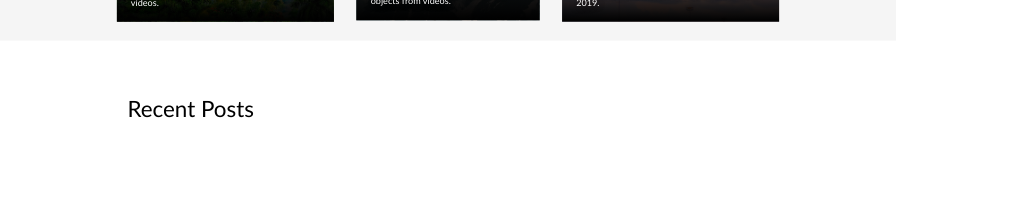
Repository: giacatdat2k5/html3
Page: html3.vs/7.1.html
The author's editor kept a copy of each file at every save. The page is drawn from the files as they stood at one save, then again after the next save.
The browser window is 1280 px wide. The page is 1462 px wide, so the pictures cover 1462 px, including what lies to the right of the window. The pictures show the part of the page from y = 420 to 2100 px (the page is 720 px tall before and 2670 px after), at 70% of full size.

Above is the page before, as saved 2023-09-27 14:52:22.

After the next save:
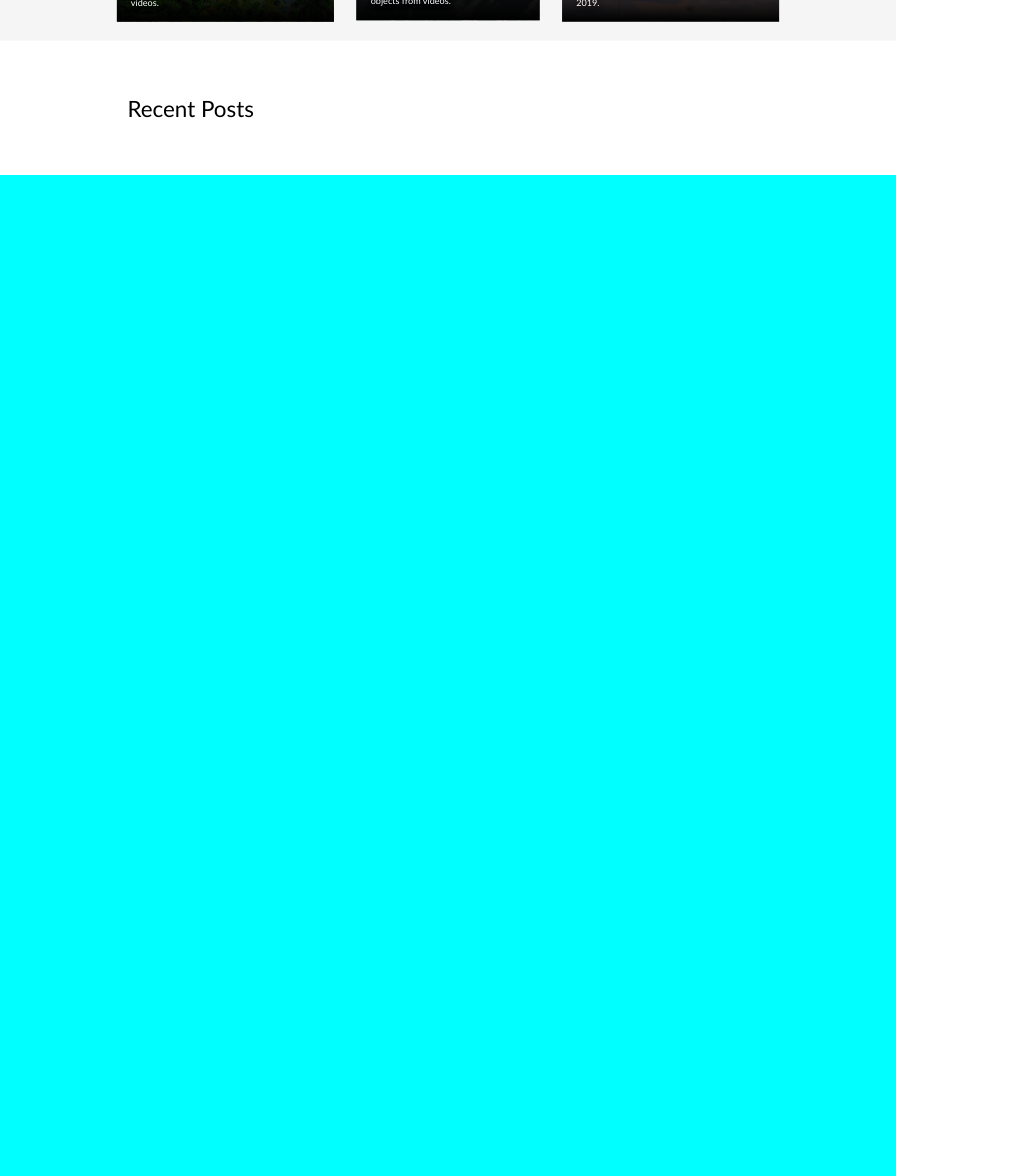
Saved 28 s later.
--- a/html3.vs/7.1.css
+++ b/html3.vs/7.1.css
@@ -144,7 +144,7 @@
     align-items: center;
     padding-left: 182px;
 }
-#content3{
+#content2{
     width: 100%;
     background-color: aqua;
     height: 2000px;
